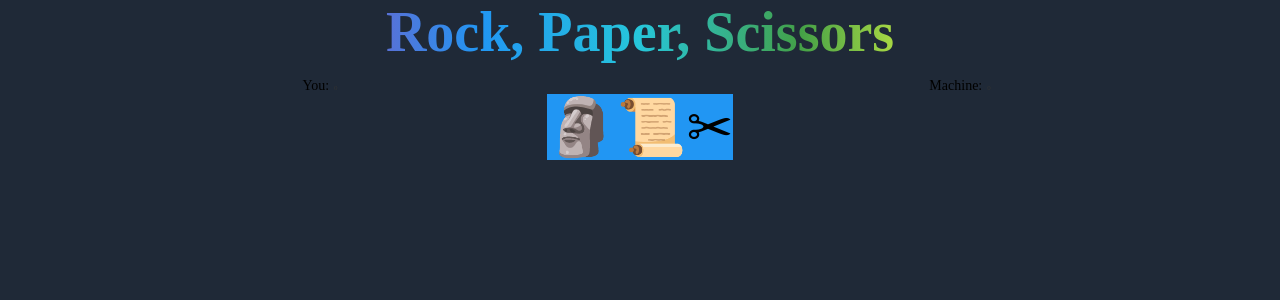
Repository: dung8466/RPS
Page: index.html
These files come from the project's save history. The page is drawn as it stood at one moment and after the next save; the edit follows.
The browser window is 1280 px wide. The pictures show the whole page.

Above is the page before, as saved 2022-07-01 21:37:42.

### index.html
<!DOCTYPE html>
<html lang="en">
<head>
    <meta charset="UTF-8">
    <meta http-equiv="X-UA-Compatible" content="IE=edge">
    <meta name="viewport" content="width=device-width, initial-scale=1.0">
    <title>Fun Game</title>
    <link rel="stylesheet" href="style.css">
    <script src="script.js" defer></script>
</head>
<body>
    <h1 class="header">
        Rock, Paper, Scissors
    </h1>
    <div class="results flex-box">
        <div class="player-result">
            You: <span class="result-score" data-your-score>0</span>
        </div>
        <div class="machine-result" data-final-column>
            Machine: <span class="result-score" data-computer-score>0</span>
        </div>
    </div>
    <div class="selections">
        <button class="selection" data-selection="rock">🗿</button>
        <button class="selection" data-selection="paper">📜</button>
        <button class="selection" data-selection="scissors">✂</button>
    </div>
</body>
</html>

### style.css
*{
    font-family: 'Times New Roman', Times, serif;
    font-size: 14px;
    margin: 0;
    padding: 0;
    background-color: #1f2937;
}
.header{
    font-size: 4em;
    font-weight: bold;
    background: linear-gradient(to right, #ef5350, #f48fb1, #7e57c2, #2196f3, #26c6da, #43a047, #eeff41, #f9a825, #ff5722);
    -webkit-background-clip: text;
    -webkit-text-fill-color: transparent;
    text-align: center;
}
.selections {
    display: flex;
    justify-content: center;
  }

  .selection {
    background-color: #2196f3;
    border: none;
    outline: none;
    cursor: pointer;
    font-size: 4rem;
    transition: 100ms;
  }

  .selection:hover {
    transform: scale(1.2);
  }

  .results {
    margin-top: 1rem;
    display: grid;
    justify-content: center;
    grid-template-columns: repeat(2, 1fr);
    justify-items: center;
    align-items: center;
  }

  .result-score {
    margin-left: .1rem;
    font-size: .5rem;
    color: #333;
  }

  .result-selection {
    opacity: .5;
  }

  .result-selection.winner {
    opacity: 1;
    font-size: 1.5rem;
  }

### script.js
const SELECTIONS = [
    {
        name: 'rock',
        emoji: '🗿',
        beats: 'scissors',
    },
    {
        name: 'paper',
        emoji: '📜',
        beats: 'rock',
    },
    {
        name: 'scissors',
        emoji: '✂',
        beats: 'paper',
    }
]
const selectionButtons = document.querySelectorAll('[data-selection]')
const finalColumn = document.querySelector('[data-final-column]')
const computerScoreSpan = document.querySelector('[data-computer-score]')
const yourScoreSpan = document.querySelector('[data-your-score]')
selectionButtons.forEach(selectionButton => {
  selectionButton.addEventListener('click', e => {
    const selectionName = selectionButton.dataset.selection
    const selection = SELECTIONS.find(selection => selection.name === selectionName)
    makeSelection(selection)
  })
})

function makeSelection(selection) {
  const computerSelection = randomSelection()
  const yourWinner = isWinner(selection, computerSelection)
  const computerWinner = isWinner(computerSelection, selection)

  addSelectionResult(computerSelection, computerWinner)
  addSelectionResult(selection, yourWinner)

  if (yourWinner) incrementScore(yourScoreSpan)
  if (computerWinner) incrementScore(computerScoreSpan)
}

function incrementScore(scoreSpan) {
  scoreSpan.innerText = parseInt(scoreSpan.innerText) + 1
}

function addSelectionResult(selection, winner) {
  const div = document.createElement('div')
  div.innerText = selection.emoji
  div.classList.add('result-selection')
  if (winner) div.classList.add('winner')
  finalColumn.after(div)
}

function isWinner(selection, opponentSelection) {
  return selection.beats === opponentSelection.name
}

function randomSelection() {
  const randomIndex = Math.floor(Math.random() * SELECTIONS.length)
  return SELECTIONS[randomIndex]
}

After the next save:
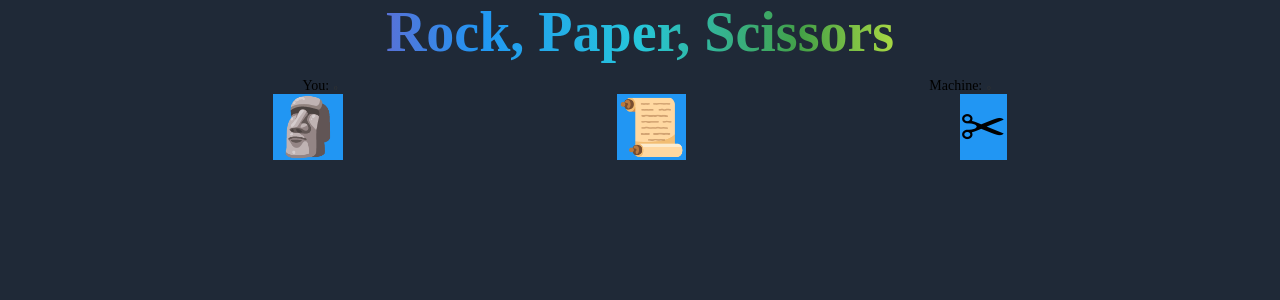
Saved 15 s later.
--- a/style.css
+++ b/style.css
@@ -15,7 +15,7 @@
 }
 .selections {
     display: flex;
-    justify-content: center;
+    justify-content: space-evenly;
   }
 
   .selection {

After the save that followed:
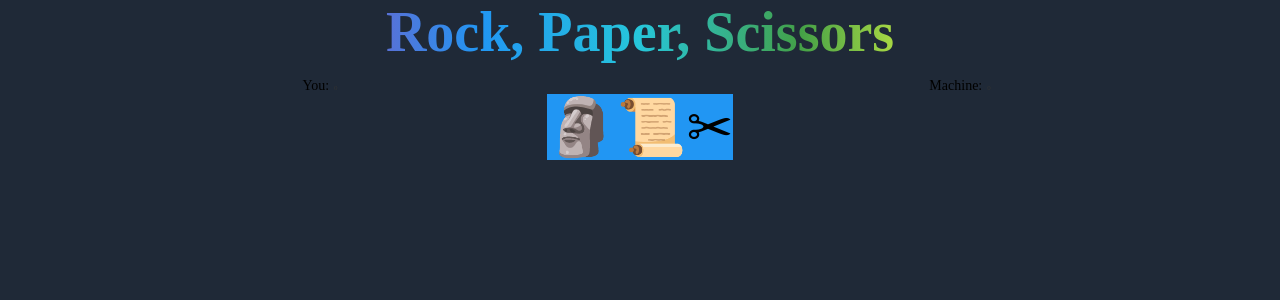
Saved 11 s later.
--- a/style.css
+++ b/style.css
@@ -15,7 +15,7 @@
 }
 .selections {
     display: flex;
-    justify-content: space-evenly;
+    justify-content: center;
   }
 
   .selection {
